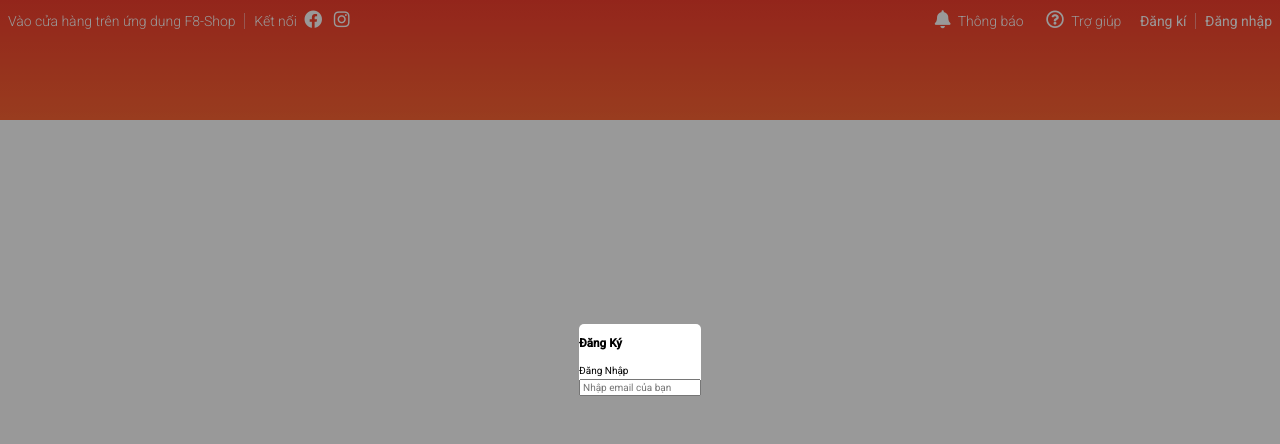
Repository: phunobi1807/shopee
Page: index.html
An editor plug-in stored every save of this project. The page is shown before and after the next save, followed by the edit.
The browser window is 1280 px wide. The pictures show the whole page.

Above is the page before, as saved 2021-06-13 13:51:32.

After the next save:
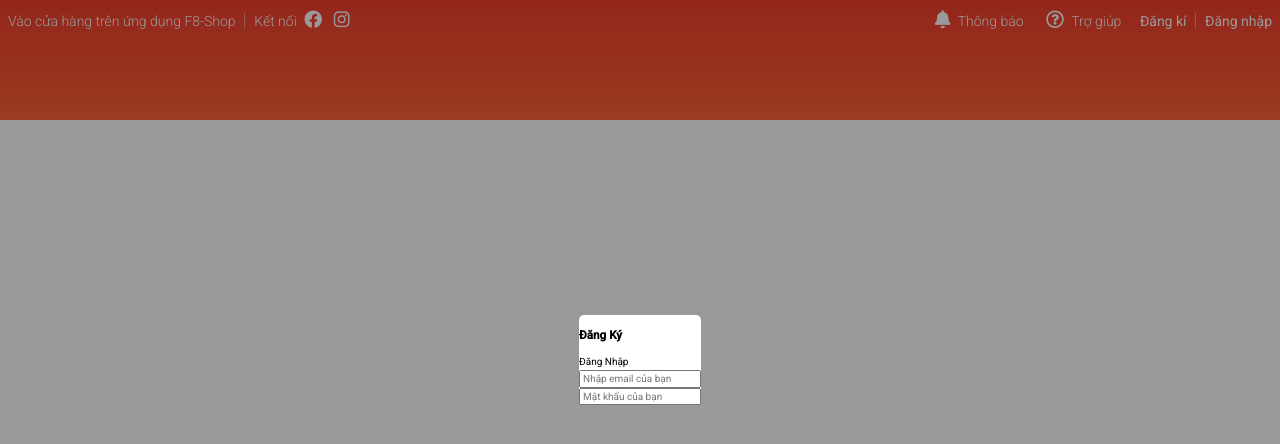
Saved 32 s later.
--- a/index.html
+++ b/index.html
@@ -133,6 +133,9 @@
                         <div class="auth-form__group">
                             <input type="text" class="auth-form__input" placeholder="Nhập email của bạn">
                         </div>
+                        <div class="auth-form__group">
+                            <input type="password" class="auth-form__input" placeholder="Mật khẩu của bạn">
+                        </div>
                     </div>
                 </div>
             </div>
